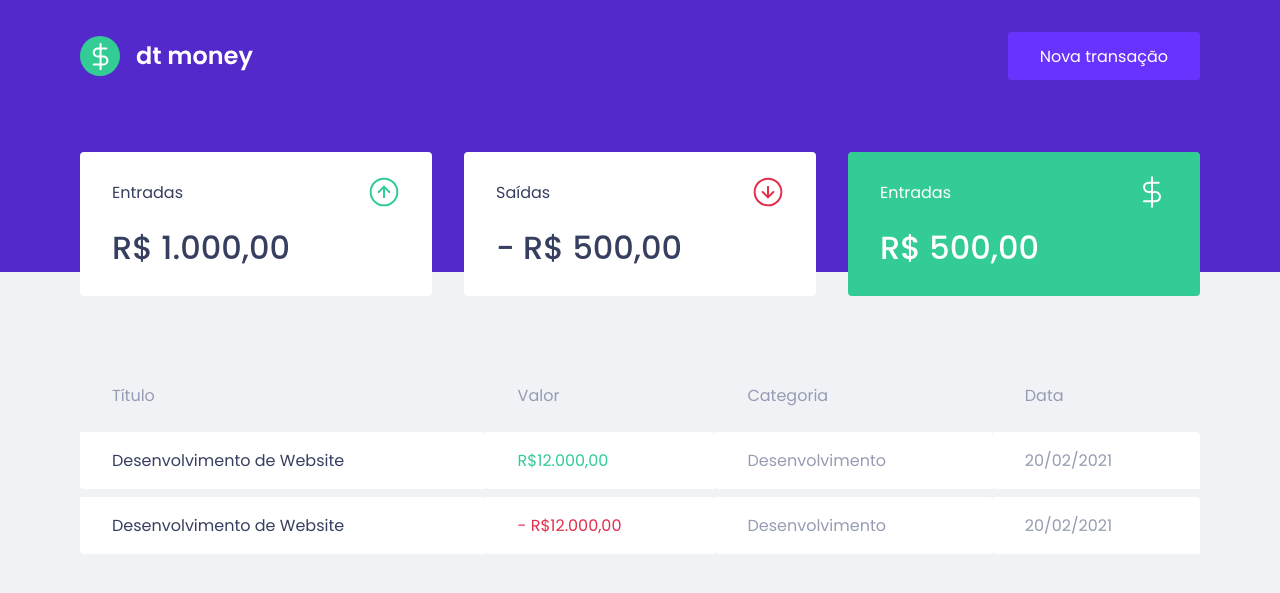
Repository: lucaslopesdevv/dtmoney
Page: /
The author's editor kept a copy of each file at every save. The page is drawn from the files as they stood at one save, then again after the next save.
The browser window is 1280 px wide. The pictures show the whole page.
The project was rebuilt for these pictures with package versions that can differ from the ones it lists, and the page was loaded fresh each time.

Above is the page before, as saved 2021-12-06 22:14:01.

### public/index.html
<!DOCTYPE html>
<html lang="en">
  <head>
    <link rel="preconnect" href="https://fonts.googleapis.com">
    <link rel="preconnect" href="https://fonts.gstatic.com" crossorigin>
    <meta charset="utf-8" />
    <meta name="viewport" content="width=device-width, initial-scale=1" />

<Link rel="shortcut icon" href="favicon.png" type="image/png"/>

    <title>Dtmoney</title>
    <link href="https://fonts.googleapis.com/css2?family=Poppins:wght@400;500;600&family=Roboto:wght@400;700&display=swap" rel="stylesheet">


  </head>
  <body>
    <noscript>You need to enable JavaScript to run this app.</noscript>
    <div id="root"></div>
  </body>
</html>

### src/App.tsx

import { Dashboard } from "./components/Header/Dashboard";
import { Header } from "./components/Header/index";
import { GlobalStyle } from "./styles/global";

export function App() {
  return (
    <>
      <Header />
      <Dashboard />
      <GlobalStyle />
    </>
  );
}

### src/components/Header/Dashboard/index.tsx
import { Summary } from '../../Summary';
import { TransactionsTable } from '../../TransactionsTable';

import { Container } from './styles';


export function Dashboard() {
    return (
        <Container>
            <Summary />
            <TransactionsTable/>
        </Container>
    );
}

### src/components/Header/index.tsx
import logoImg from '../../assets/logo.svg';
import { Container, Content } from './styles';

export function Header() {
    return (
        <Container>
            <Content>
                <img src={logoImg} alt="dt money" />
                <button type="button">
                    Nova transação
                </button>
            </Content>
        </Container>
    )
}

### src/styles/global.ts
import { createGlobalStyle } from 'styled-components';

export const GlobalStyle = createGlobalStyle`
:root {
    --background: #F0F2F5;
    --red: #e52e4d;
    --green: #33cc95;
    --blue: #5429cc;
    --blue-light: #6933ff;

    --text-title: #363f5f;
    --text-body: #969cb3;

    --shape: #ffffff;
}
    *{
        margin: 0;
        padding: 0;
        box-sizing: boder-box;
    }

/*font-size: 16px (Desktop)*/

html {
    @media (max-width: 1080px){
        font-size: 93.75%; /*15px*/
    }

    @media (max-width: 720px){
        font-size: 87.5%; /*14px*/
    }
}

    body {
        background-color: var(--background);
        -webkit-font-smoothing: antialiased;
    }

    body, input, textarea, button {
        font-family: 'Poppins', sans-serif;
        font-weight: 400;
    }

    h1, h2, h3, h4, h5, h6, strong{
        font-weight: 600;
    }

    button{
        cursor: pointer;
    }

    [disabled] {
        opacity: 0.6;
        cursor: not-allowed;
    }


`

### src/components/Summary/index.tsx
import incomeImg from '../../assets/income.svg';
import outcomeImg from '../../assets/outcome.svg';
import totalImg from '../../assets/total.svg';

import { Container } from './styles';

export function Summary() {
    return (
        <Container>
            <div>
                <header>
                    <p>Entradas</p>
                    <img src={incomeImg} alt="Entradas" />
                </header>
                <strong>R$ 1.000,00</strong>
            </div>

            <div>
                <header>
                    <p>Saídas</p>
                    <img src={outcomeImg} alt="Saídas" />
                </header>
                <strong>- R$ 500,00</strong>
            </div>

            <div className="highlight-background">
                <header>
                    <p>Entradas</p>
                    <img src={totalImg} alt="Total" />
                </header>
                <strong>R$ 500,00</strong>
            </div>
        </Container>
    )
}

### src/components/TransactionsTable/index.tsx
import { Container } from "./styles";

export function TransactionsTable(){
    return (
        <Container>
            <table>
                <thead>
                    <tr>
                        <th>Título</th>
                        <th>Valor</th>
                        <th>Categoria</th>
                        <th>Data</th>
                    </tr>
                </thead>
                <tbody>
                    <tr>
                        <td>Desenvolvimento de Website</td>
                        <td className="deposit">R$12.000,00</td>
                        <td>Desenvolvimento</td>
                        <td>20/02/2021</td>
                    </tr>
                    <tr>
                        <td>Desenvolvimento de Website</td>
                        <td className="withdraw">- R$12.000,00</td>
                        <td>Desenvolvimento</td>
                        <td>20/02/2021</td>
                    </tr>
                </tbody>
            </table>
        </Container>
    );
};

### src/components/Header/Dashboard/styles.ts
import styled from "styled-components";

export const Container = styled.main`

    max-width: 1120px;
    margin: 0 auto;
    padding: 2.5rem 1rem;
`;

### src/components/Header/styles.ts
import styled from 'styled-components';

export const Container = styled.header`
background: var(--blue);

`;

export const Content = styled.div`
    max-width: 1120px;
    margin: 0 auto;

    padding: 2rem 1rem 12rem;
    display: flex;
    align-items: center;
    justify-content: space-between;

button{
    font-size: 1rem;
    color: #FFF;
    background: var(--blue-light);
    border: 0;
    padding: 0 2rem;
    border-radius: 0.25rem;
    height: 3rem;

    transition: filter 0.2s;

    &:hover{
        filter: brightness(0.9);
    }
}
`;

### src/components/Summary/styles.ts
import styled from "styled-components";

export const Container = styled.div`
    display: grid;
    grid-template-columns: repeat(3, 1fr);
    gap: 2rem;
    margin-top: -10rem;

    div {
        background: var(--shape);
        padding: 1.5rem 2rem;
        border-radius: 0.25rem;
        color: var(--text-title);


    header{
        display: flex;
        align-items: center;
        justify-content: space-between;
    }

    strong {
        display: block;
        margin-top: 1rem;
        font-size: 2rem;
        font-weight: 500;
        line-height: 3rem;
    }

    &.highlight-background{
        background: var(--green);
        color: #FFF;
    }
}
`;

### src/components/TransactionsTable/styles.ts
import styled from "styled-components";

export const Container = styled.div`

    margin-top: 4rem;

    table{
        width: 100%;
        border-spacing: 0 0.5rem;
    }

    th{
        color: var(--text-body);
        font-weight: 400;
        padding: 1rem 2rem;
        text-align: left;
        line-height: 1.5rem;
    }

    td{
        padding: 1rem 2rem;
        border: 0;
        background-color: var(--shape);
        color: var(--text-body);
        border-radius: 0%.25rem;

        &:first-child{
        color: var(--text-title);

        }

        &.deposit{
        color: var(--green);
        }

        &.withdraw{
        color: var(--red);
        }
    }
`;

Loaded but not shown: src/index.tsx (common file)

After the next save:
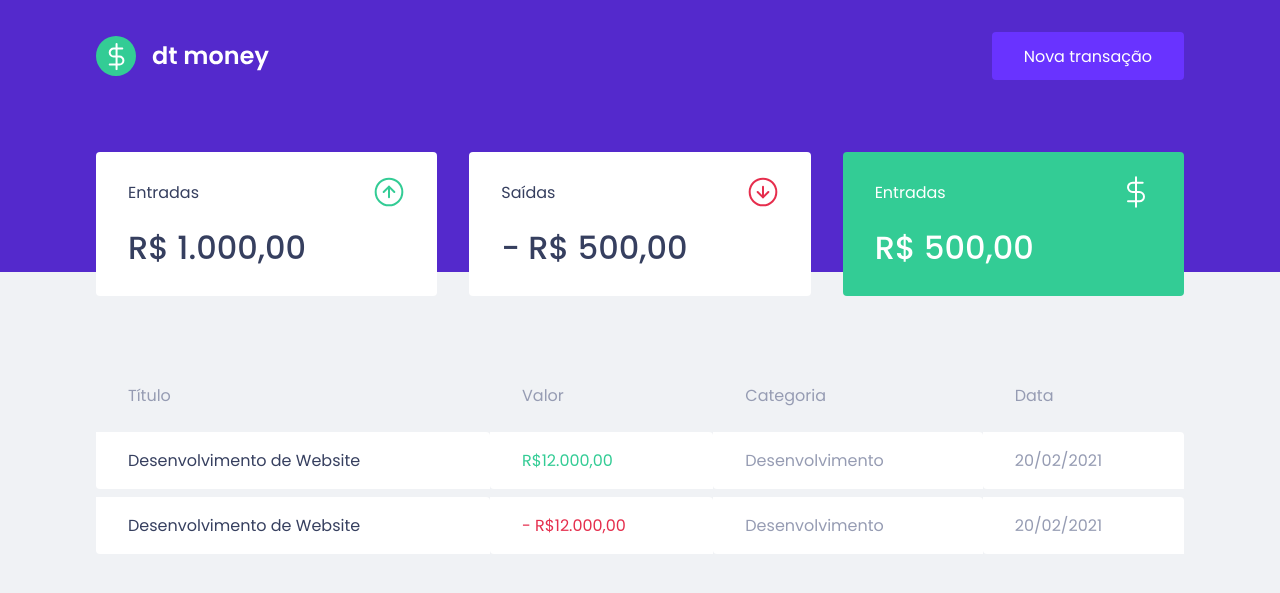
Saved 12 h 22 min later.
--- a/src/styles/global.ts
+++ b/src/styles/global.ts
@@ -16,7 +16,7 @@ export const GlobalStyle = createGlobalStyle`
     *{
         margin: 0;
         padding: 0;
-        box-sizing: boder-box;
+        box-sizing: border-box;
     }
 
 /*font-size: 16px (Desktop)*/
